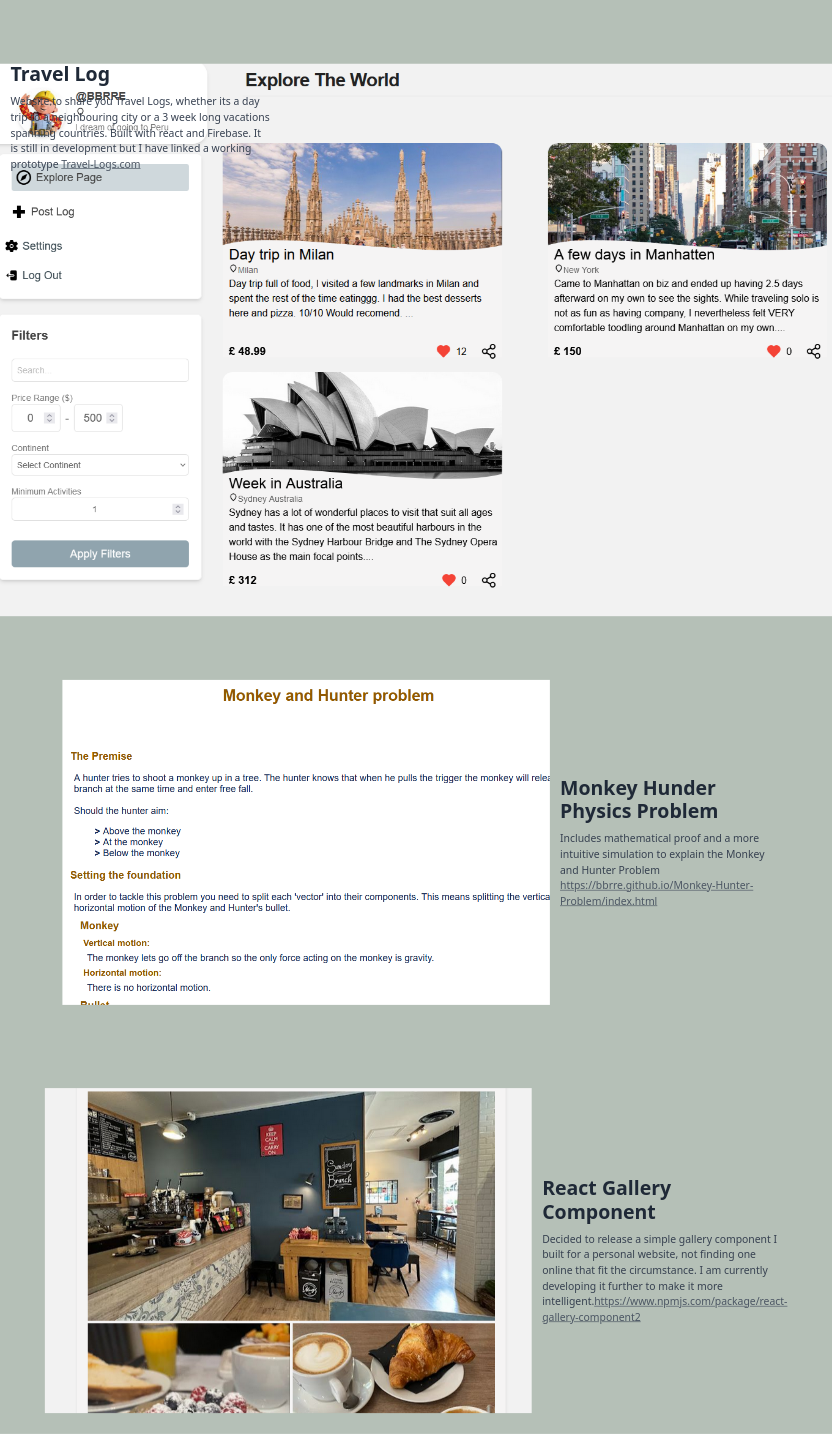
Repository: BBRRE/Portfolio-V2
Page: /#/Computer-Sci
The author's editor kept a copy of each file at every save. The page is drawn from the files as they stood at one save, then again after the next save.
The browser window is 1280 px wide. The pictures show the whole page, at 65% of full size.
Some web fonts or font styles are not loaded; a fallback is used. The project was rebuilt for these pictures with package versions that can differ from the ones it lists, and the page was loaded fresh each time. Also part of the build but not shown: vite.config.js, src/Subjects/Archi.jsx, src/Subjects/EEng.jsx, src/Subjects/Other.jsx, src/Projects Overview.jsx, src/HomePage.jsx, src/ErrorBoundary.jsx.

Above is the page before, as saved 2024-11-29 08:59:49.

### index.html
<!doctype html>
<html lang="en">
  <head>
    <meta charset="UTF-8" />
    <link rel="icon" type="image/svg+xml" href="src\assets\letter-bb.svg" />
    <link href="https://fonts.googleapis.com/css2?family=Inconsolata&family=Italiana&family=Hubballi&family=Julius+Sans+One&display=swap" rel="stylesheet">
    <link rel="preconnect" href="https://fonts.googleapis.com" />
<link rel="preconnect" href="https://fonts.gstatic.com" crossorigin />
<link
  rel="stylesheet"
  href="https://fonts.googleapis.com/css2?family=Roboto:wght@300;400;500;700&display=swap"
/>
<link
  rel="stylesheet"
  href="https://fonts.googleapis.com/icon?family=Material+Icons"
/>

    <meta name="viewport" content="width=device-width, initial-scale=1.0" />
    <title>Bilaal Bare</title>
  </head>
  <body>
    <div id="root"></div>
    <script type="module" src="/src/main.jsx"></script>
  </body>
</html>

### src/main.jsx
import React from 'react'
import ReactDOM from 'react-dom/client'
import App from './App'
import ErrorBoundary from './ErrorBoundary'
import './index.css'

ReactDOM.createRoot(document.getElementById('root')).render(
  <React.StrictMode>
    <ErrorBoundary>
      <App />
    </ErrorBoundary>
  </React.StrictMode>
)

### src/App.jsx
import { HashRouter as Router, Routes, Route } from 'react-router-dom';
import Archi from './Subjects/Archi.jsx'
import CompSci from './Subjects/CompSci.jsx'
import EEng from './Subjects/EEng.jsx'
import Other from './Subjects/Other.jsx'
import { HomePage } from './HomePage'
import { useState, useEffect } from 'react'

function App() {
  useEffect(() => {
    console.log('App component mounted')
  }, [])

  return (
    <Router>
        <Routes>
          <Route path="/" element={<HomePage />} />
          <Route path="/Architecture" element={<Archi />} />
          <Route path="/Electronic-Eng" element={<EEng />} />
          <Route path="/Computer-Sci" element={<CompSci />} />
          <Route path="/Other" element={<Other />} />
        </Routes>
    </Router>
  )
}

export default App

### src/index.css
@tailwind base;
@tailwind components;
@tailwind utilities;

@layer utilities {
  .bg-dot-pattern {
    background-image: radial-gradient(circle, rgba(0, 0, 0, 0.2) 1px, transparent 1px);
    background-size: 50px 50px; /* Adjust the spacing here */
  }
}

### src/Subjects/CompSci.jsx
import React from 'react'
import cs from '../assets/aaaa.png'
import ph from '../assets/Monkey.png'
import tr from '../assets/tra.png'

const CompSci = () => {
  return (
    <div className='bg-[#B5C0B7] w-full h-auto min-h-screen grid grid-cols-1'>
      <div className='relative flex md:flex-row flex-col justify-center align-middle mx-auto mt-24'>
        <img src={cs} />
        <div className="absolute left-0 flex flex-col ml-4 gap-3 justify-center">
          <h2 className=" text-left text-xl md:text-2xl lg:text-3xl font-semibold text-gray-800">
            Travel Log
          </h2>
          <p className="text-gray-700 text-sm md:text-base leading-relaxed max-w-[400px]">
            Website to share you Travel Logs, whether its a day trip to a neighbouring city or a 3 week long vacations spanning countries. Built with react
            and Firebase. It is still in development but I have linked a working prototype <a href="https://Travel-Logs.com/" className='underline text-gray-600'>Travel-Logs.com</a>
          </p>
        </div>
      </div>

      <div className='flex md:flex-row flex-col justify-center align-middle w-[85%] h-[500px] mx-auto mt-24 mb-8'>
        <img src={ph} />
        <div className="flex flex-col ml-4 gap-3 justify-center">
          <h2 className=" text-left text-xl md:text-2xl lg:text-3xl font-semibold text-gray-800">
            Monkey Hunder Physics Problem
          </h2>
          <p className="text-gray-700 text-sm md:text-base leading-relaxed max-w-[400px]">
            Includes mathematical proof and a more intuitive simulation to explain the Monkey and Hunter Problem  <a href="https://bbrre.github.io/Monkey-Hunter-Problem/index.html" className='underline text-gray-600'>https://bbrre.github.io/Monkey-Hunter-Problem/index.html</a>
          </p>
        </div>
      </div>

      <div className='flex md:flex-row flex-col justify-center align-middle w-[85%] h-[500px] mx-auto mt-24 mb-8'>
        <img src={tr} />
        <div className="flex flex-col ml-4 gap-3 justify-center">
          <h2 className=" text-left text-xl md:text-2xl lg:text-3xl font-semibold text-gray-800">
            React Gallery Component
          </h2>
          <p className="text-gray-700 text-sm md:text-base leading-relaxed max-w-[400px]">
            Decided to release a simple gallery component I built for a personal website, not finding one online that fit the circumstance. I am currently developing it further to make it more intelligent.<a href="https://www.npmjs.com/package/react-gallery-component2" className='underline text-gray-600'>https://www.npmjs.com/package/react-gallery-component2</a>
          </p>
        </div>
      </div>

    </div>
  )
}

export default CompSci

### tailwind.config.js
/** @type {import('tailwindcss').Config} */
export default {
    darkMode: ["class"],
    content: ["index.css",
  "./src/**/*.{js,ts,jsx,tsx}",],
  theme: {
  	extend: {
  		backgroundImage: {
  			noise: "url('/src/assets/nnnoise.svg')",
  			undulate: "url('/src/assets/uuundulate.svg')"
  		},
  		fontFamily: {
  			inconsolata: ['Inconsolata', 'monospace'],
  			italiana: ['Italiana', 'serif'],
  			hubballi: ['Hubballi', 'cursive'],
  			julius: ['Julius Sans One"', 'sans-serif']
  		},
      keyframes: {
        fadeIn: {
          '0%': { opacity: '0' },
          '100%': { opacity: '1' },
        },
      }
  	}
  }
}

After the next save:
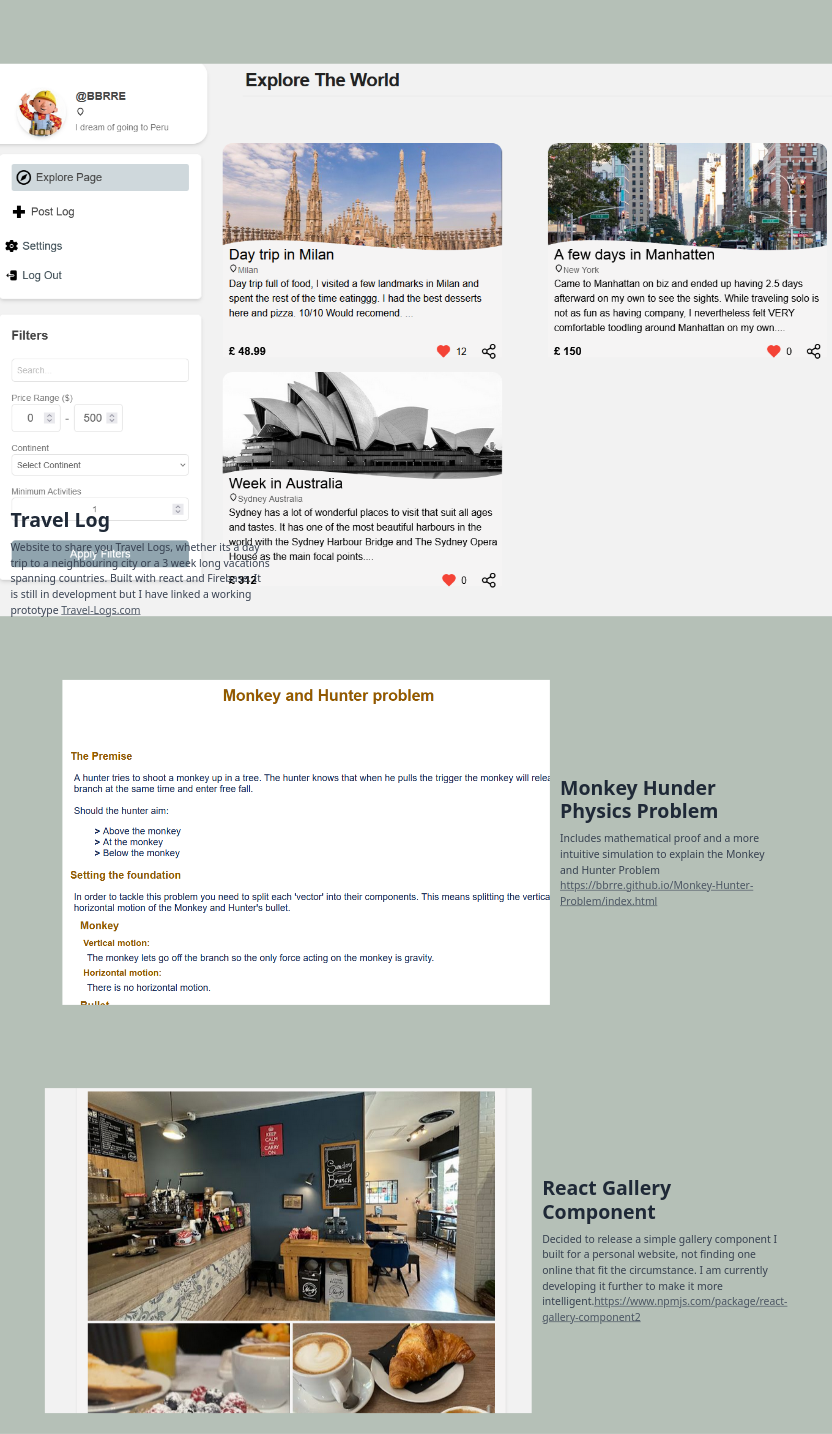
Saved 13 s later.
--- a/src/Subjects/CompSci.jsx
+++ b/src/Subjects/CompSci.jsx
@@ -8,7 +8,7 @@ const CompSci = () => {
     <div className='bg-[#B5C0B7] w-full h-auto min-h-screen grid grid-cols-1'>
       <div className='relative flex md:flex-row flex-col justify-center align-middle mx-auto mt-24'>
         <img src={cs} />
-        <div className="absolute left-0 flex flex-col ml-4 gap-3 justify-center">
+        <div className="absolute left-0 bottom-0 flex flex-col ml-4 gap-3 justify-center">
           <h2 className=" text-left text-xl md:text-2xl lg:text-3xl font-semibold text-gray-800">
             Travel Log
           </h2>
